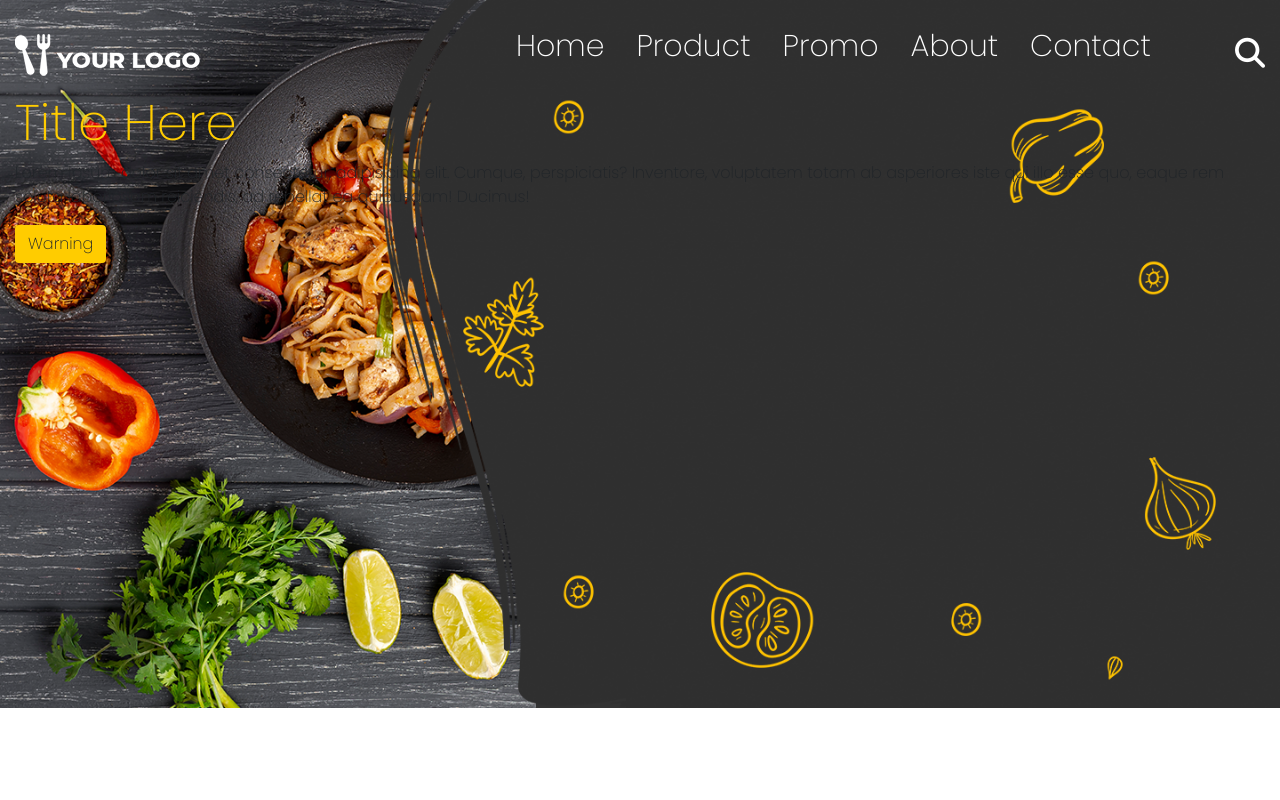
Repository: iphoneboy46/templateRestaurent
Page: index.html
An editor plug-in stored every save of this project. The page is shown before and after the next save, followed by the edit.
The browser window is 1280 px wide. The pictures show the whole page.

Above is the page before, as saved 2022-10-12 14:48:36.

After the next save:
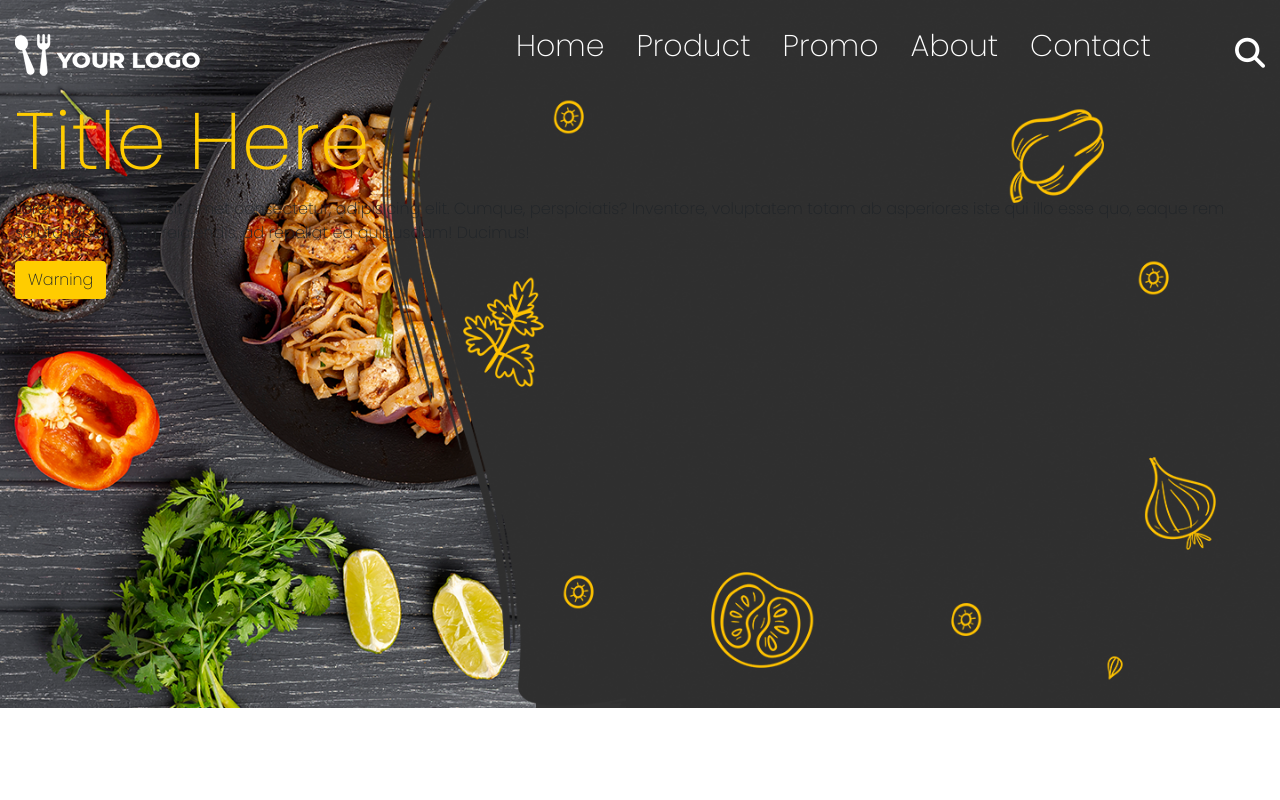
Saved 11 s later.
--- a/style.css
+++ b/style.css
@@ -49,7 +49,7 @@
 
 .header__content h1{
     color: #ffcc00;
-    font-size: 50px;
+    font-size: 80px;
 }
 
 .header__content .btn{
